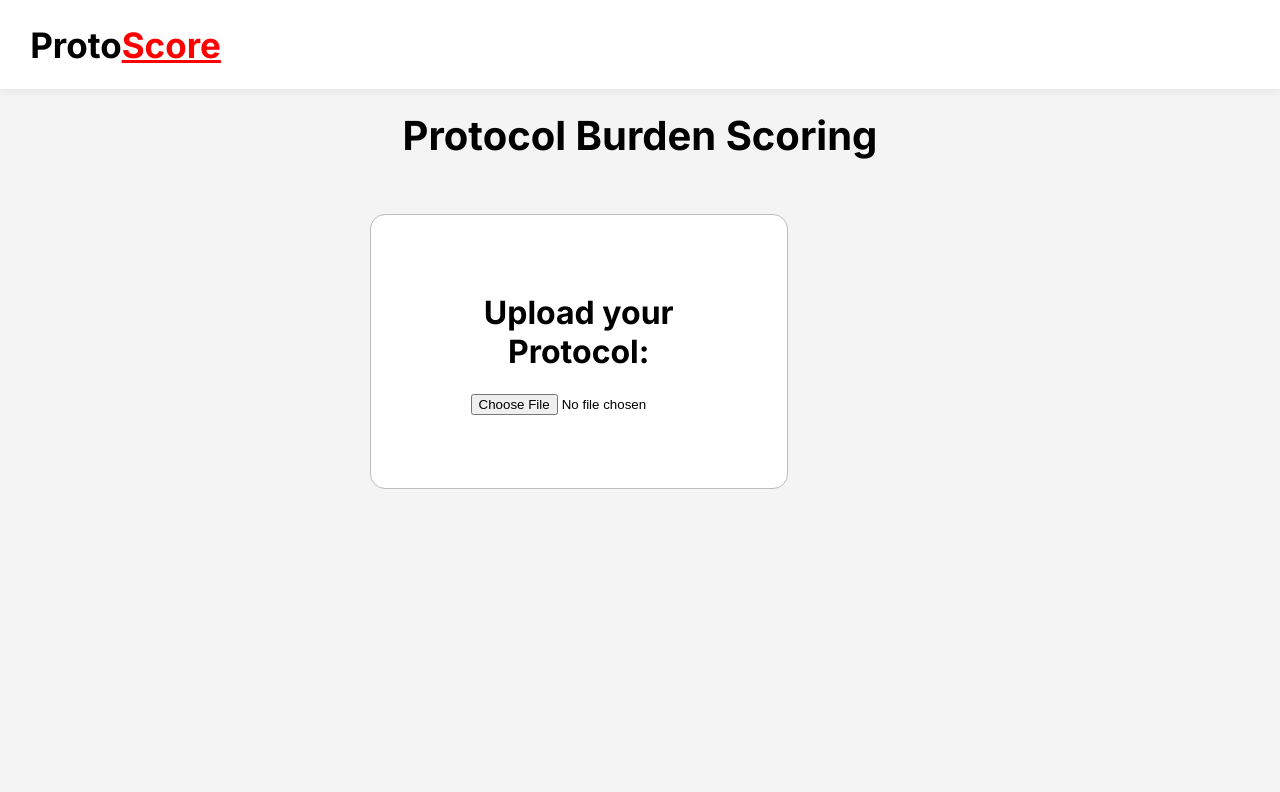
Repository: evanc108/Regeneron2024
Page: / (app in regeneron/)
The author's editor kept a copy of each file at every save. The page is drawn from the files as they stood at one save, then again after the next save.
The browser window is 1280 px wide. The pictures show the whole page.
The project was rebuilt for these pictures with package versions that can differ from the ones it lists, and the page was loaded fresh each time.

Above is the page before, as saved 2024-05-14 02:19:15.

### regeneron/src/App.js
import './App.css';
import React, { useState } from 'react';
import Feedback from './pages/Feedback';


function App() {
  return (
    <div className="App">
      <div style={{backgroundColor: "white", width: "100%", padding: "0.2px", boxShadow: "0px 0px 10px rgba(0, 0, 0, 0.1)"}}>
        <h1 style={{ marginLeft: "30px", fontSize: "35px", textAlign: "left"}}>
          <span style={{color: "black"}}>Proto</span>
          <span style={{color: "red", textDecoration: "underline"}}>Score</span>
        </h1>
      </div>


      {/* <input value={inputValue} onChange={handleChange}></input>
      <button onClick={sendRequest}>Click me</button>
      <div>
        <p>Physical Burden: {burden.physical}</p>
        <p>Logistical Burden: {burden.logistical}</p>
        <p>Financial: {burden.financial}</p>
        <p>Psychological Burden: {burden.psychological}</p>
      </div> */}
      <Feedback></Feedback>
    </div>
  );
}

export default App;

### regeneron/src/App.css
.App {
  text-align: center;
  background-color: #f4f4f4;
  margin: 0;
  height: 110vh;
}

body {
  font-family: 'Inter', sans-serif;
  margin: 0;
  padding: 0;
  height: 110vh;
}

.App-logo {
  height: 40vmin;
  pointer-events: none;
}

@media (prefers-reduced-motion: no-preference) {
  .App-logo {
    animation: App-logo-spin infinite 20s linear;
  }
}

.App-header {
  background-color: #282c34;
  min-height: 100vh;
  display: flex;
  flex-direction: column;
  align-items: center;
  justify-content: center;
  font-size: calc(10px + 2vmin);
  color: white;
}

.App-link {
  color: #61dafb;
}

@keyframes App-logo-spin {
  from {
    transform: rotate(0deg);
  }
  to {
    transform: rotate(360deg);
  }
}

### regeneron/src/pages/Feedback.js
import React, { useState } from 'react';
import '../styles/feedback.css';
import { handleExtraction } from '../openAIServices';
import { PropagateLoader } from 'react-spinners';

function Feedback() {
    const [fileUploaded, setFileUploaded] = useState(false);
    const [loading, setLoading] = useState(false);
    const [burden, setBurden] = useState({});
    const [pdfUrl, setPdfUrl] = useState("");

    const handleFileUpload = async (text) => {
        setLoading(true);
        // Uncomment and use when API is connected
        // const response = await handleExtraction(text);
        // setBurden(response);
        setFileUploaded(true);
        setLoading(false);
    };

    function extractText(event) {
        const file = event.target.files[0];
        if (file) {
            const url = URL.createObjectURL(file);
            setPdfUrl(url);
            setFileUploaded(true);

            const reader = new FileReader();
            reader.onload = async (e) => {
                const text = await reader.result;
                console.log(text);
                handleFileUpload(text);
            };
            reader.readAsText(file);
        }
    }

    return (
        <div className="feedback-container">
            {!fileUploaded && (
                <div style={{display:"flex", flexDirection:"column", justifyContent:"center"}}>
                    <div className="onboarding">
                        <h1>Protocol Burden Scoring</h1>
                    </div>
                    <div className='upload-file'>
                        {!fileUploaded && !loading && (
                            <div>
                                <h1>Upload your Protocol:</h1>
                                <input
                                    type="file"
                                    accept=".pdf"
                                    onChange={extractText}
                                />
                            </div>
                        )}
                        {loading && (
                            <div style={{ marginTop: "30px" }}>
                                <h2>Calculating Burden...</h2>
                                <PropagateLoader color="#36d7b7" />
                            </div>
                        )}
                    </div>
                </div>
            )}

            {fileUploaded && !loading && (
                <div className="protocol-container">
                    <div className="iframe-container">
                        <iframe src={pdfUrl} style={{ width: '100%', height: '100%' }}></iframe>
                    </div>
                </div>
            )}
            {fileUploaded && !loading && (
                <div className="score-container">
                    <div>
                        <p style={{ fontSize: '17px', fontWeight: '300', marginBottom: '-3px' }}>Burden Score</p>
                        <span style={{ fontSize: '50px', fontWeight: '600' }}>{burden.score || 'N/A'}</span>
                    </div>
                </div>
            )}
        </div>
    );
}

export default Feedback;

### regeneron/src/styles/feedback.css
.feedback-container {
    display: flex;
    flex-direction: row;
    justify-content: center;
    margin-top: -2.5%;
}

.onboarding {
    font-size: 20px;
    font-weight: 500;
    margin-top: 5%;

}

.upload-file {
    border-color: rgb(189, 189, 189);
    border-width: 1px;
    border-style: solid;
    padding-left: 100px;
    padding-right: 100px;
    width: 40%;
    height: 30vh;
    margin-top: 5%;
    border-radius: 15px;
    background-color: white;
    overflow: hidden;
    padding-top: 10.5%;
}

.protocol-container {
    border-color: rgb(189, 189, 189);
    border-width: 1px;
    border-style: solid;
    padding-left: 100px;
    padding-right: 100px;
    width: 40%;
    height: 68vh;
    margin-top: 5%;
    border-radius: 15px;
    background-color: white;
    overflow: hidden;
    padding-top: 10.5%;
}

.score-container {
    border-color: rgb(189, 189, 189);
    border-width: 1px;
    border-style: solid;
    padding: 100px;
    width: 10%;
    height: 65.3vh;
    margin-top: 5%;
    border-radius: 15px;
    background-color: white;
    margin-left: 30px;
}

.score {
    font-size: large;
}

.unique-score {
    font-size: 86px;
    font-weight: 500;
}


.iframe-container {
    top: -28%;
    width: 130%;
    left: -15%;
    height: 150%;  /* Adjust height as needed */
    overflow: hidden;
    position: relative;
}

Loaded but not shown: regeneron/public/index.html (common file); regeneron/src/index.js (common file); regeneron/src/openAIServices.js (no copy from this time; the picture is the same without it)

After the next save:
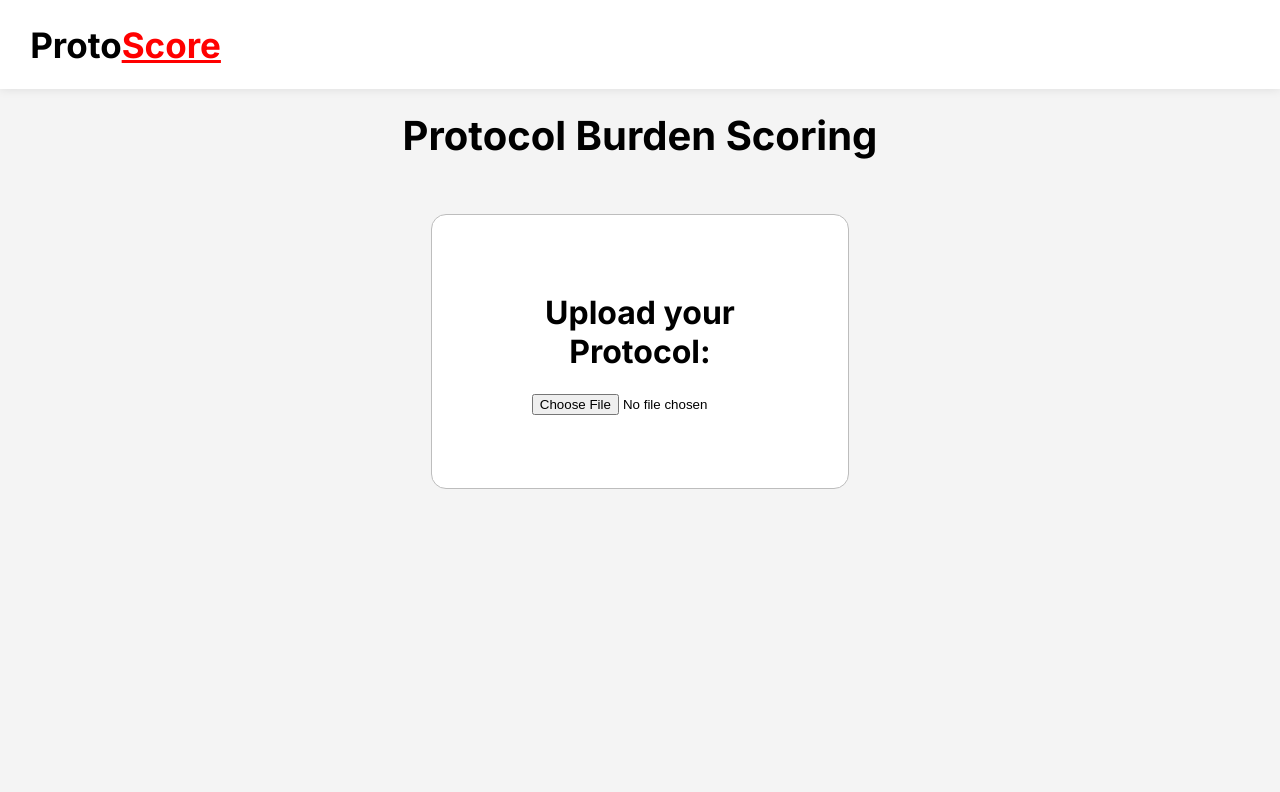
Saved 39 s later.
--- a/regeneron/src/pages/Feedback.js
+++ b/regeneron/src/pages/Feedback.js
@@ -38,7 +38,7 @@ function Feedback() {
     return (
         <div className="feedback-container">
             {!fileUploaded && (
-                <div style={{display:"flex", flexDirection:"column", justifyContent:"center"}}>
+                <div style={{display:"flex", flexDirection:"column", justifyContent:"center", alignItems:"center"}}>
                     <div className="onboarding">
                         <h1>Protocol Burden Scoring</h1>
                     </div>
